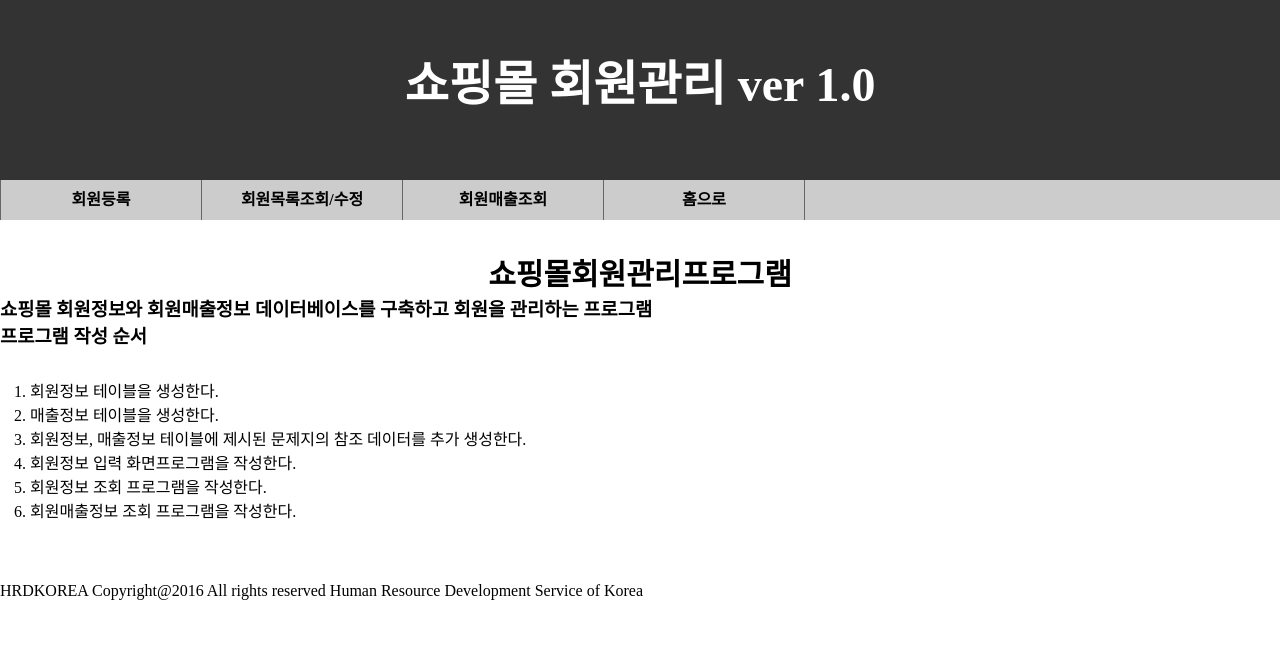
Repository: jsky1234/NCS
Page: http://localhost/HRD_1/admin.jsp
An editor plug-in stored every save of this project. The page is shown before and after the next save, followed by the edit.
The browser window is 1280 px wide. The pictures show the whole page.
The page is served by Tomcat 9. Other server files are loaded and not shown.

Above is the page before, as saved 2020-11-09 02:33:00.

### ncs1/HRD_1/WebContent/admin.jsp
<%@ page language="java" contentType="text/html; charset=UTF-8"
    pageEncoding="UTF-8"%>
<!DOCTYPE html>
<html>
<head>
<meta charset="UTF-8">
<title>관리자 모드로 로그인 중</title>
<style>
* { margin: 0; padding: 0; }
body, html { width: 100%; height: 100%; }
ul { list-style : none; }
a { text-decoration: none; }

button, label, input { outline: 0; border: 0; user-select: none; }
img { border: 0; }
ol { padding: 30px; }
.hd { clear: both; min-height: 180px; background-color: #333; }
.tit { font-size: 48px; text-align: center; line-height: 140px; color: #fff; padding-top: 15px;}
.gnb { clear: both; height: 40px; background-color: #cccccc; }
.gnb li { float: left; min-width: 120px; width: auto; }
.gnb a { display:block; text-align: center; line-height: 40px; width: 200px; height: 40px; color: #000000; font-weight: 700; border-left: 1px solid #666666; }
.gnb li:last-child { border-right: 1px solid #666666; }

.page { clear: both; padding: 30px 0 30px 0; }
.page_tit { text-align: center; font-size: 30px; }
</style>
</head>
<body>
<header class="hd">
	<h2 class="tit">쇼핑몰 회원관리 ver 1.0</h2>
</header>
<nav class="gnb">
	<ul>
		<li><a href="">회원등록</a></li>
		<li><a href="">회원목록조회/수정</a></li>
		<li><a href="">회원매출조회</a></li>
		<li><a href="">홈으로</a></li>
	</ul>
</nav>
<main class="content">
	<section class="page" id="page1">
		<h2 class="page_tit">쇼핑몰회원관리프로그램</h2>
		<div class="main_help">
			<h3 class="item_tit">쇼핑몰 회원정보와 회원매출정보 데이터베이스를 구축하고 회원을 관리하는 프로그램</h3>
			<h3 class="item_tit">프로그램 작성 순서</h3>
			<ol>
				<li>회원정보 테이블을 생성한다.</li>
				<li>매출정보 테이블을 생성한다.</li>
				<li>회원정보, 매출정보 테이블에 제시된 문제지의 참조 데이터를 추가 생성한다.</li>
				<li>회원정보 입력 화면프로그램을 작성한다.</li>
				<li>회원정보 조회 프로그램을 작성한다.</li>
				<li>회원매출정보 조회 프로그램을 작성한다.</li>
			</ol>
		</div>
	</section>
</main>
<footer class="ft">
	<div class="ft_wrap">
		<div class="admin_copy">
			<p class="copyright">HRDKOREA Copyright@2016 All rights reserved Human Resource Development Service of Korea</p>
		</div>
	</div>
</footer>
</body>
</html>

After the next save:
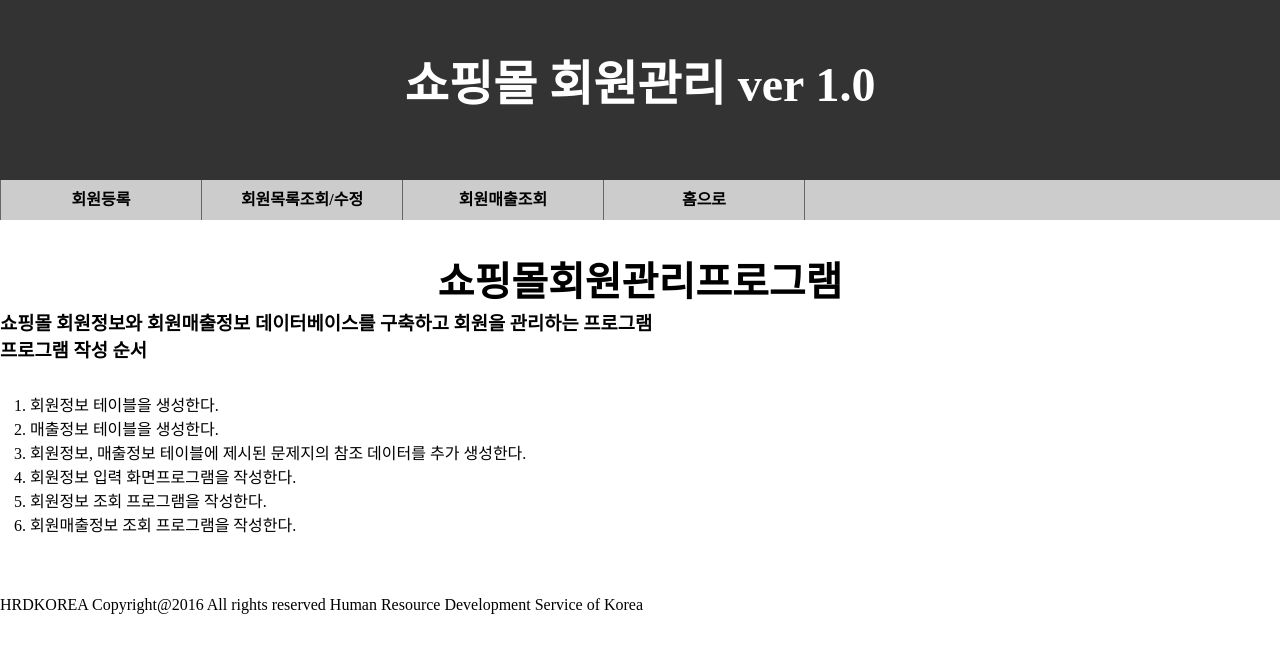
Saved 7 s later.
--- a/ncs1/HRD_1/WebContent/admin.jsp
+++ b/ncs1/HRD_1/WebContent/admin.jsp
@@ -22,7 +22,7 @@ ol { padding: 30px; }
 .gnb li:last-child { border-right: 1px solid #666666; }
 
 .page { clear: both; padding: 30px 0 30px 0; }
-.page_tit { text-align: center; font-size: 30px; }
+.page_tit { text-align: center; font-size: 40px; }
 </style>
 </head>
 <body>
